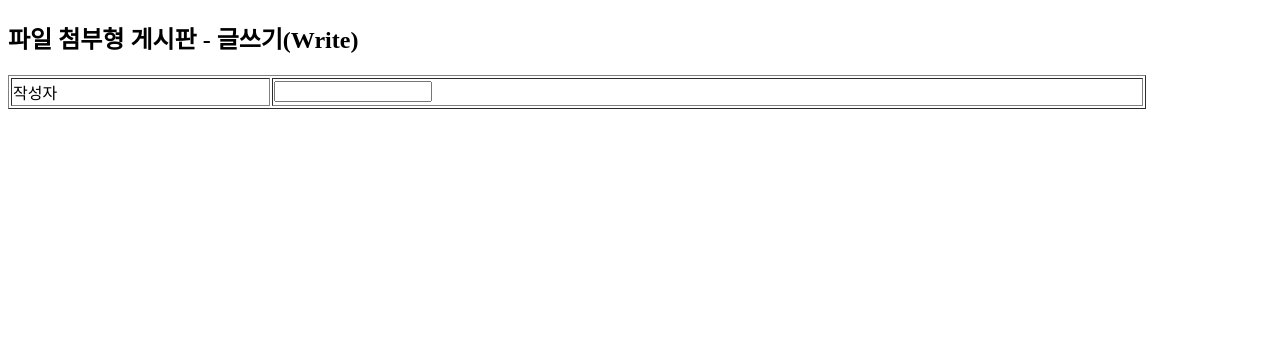
Repository: Suminmer/JSP-practice
Page: http://localhost/MustHaveJSP/mvcboard/write.do
These files come from the project's save history. The page is drawn as it stood at one moment and after the next save; the edit follows.
The browser window is 1280 px wide. The pictures show the whole page.
The page is served by Tomcat 9. Other server files are loaded and not shown.

Above is the page before, as saved 2022-04-29 06:14:10.

### MustHaveJSP/src/main/webapp/14MVCBoard/Write.jsp
<%@ page language="java" contentType="text/html; charset=UTF-8"
    pageEncoding="UTF-8"%>
<%@ taglib prefix="c" uri="http://java.sun.com/jsp/jstl/core"%>
<!DOCTYPE html>
<html>
<head>
<meta charset="UTF-8">
<title>파일 첨부형 게시판</title>
<script type="text/javascript">
	function validateForm(form) {
		if (form.name.value == "") {
			alert("작성자를 입력하세요!");
			form.name.focus();
			return false;
		}
		if (form.title.value == "") {
			alert("제목을 입력하세요!");
			form.title.focus();
			return false;
		}
		if (form.content.value == "") {
			alert("내용을 입력하세요!");
			form.content.focus();
			return false;
		}
		if (form.pass.value == "") {
			alert("비밀번호를 입력하세요!");
			form.pass.focus();
			return false;
		}
	}
</script>
</head>
<body>
	<h2>파일 첨부형 게시판 - 글쓰기(Write)</h2>
	<form name="writeFrm" method="post" enctype="multipart/form-data" action="../mvcboard/write.do"
			onsubmit="return validateForm(this);">
	<table border="1" width="90%">
		<tr>
			<td>작성자</td>
			<td><input type="text" name="name" style="width: 150px;"/></td>
		</tr>

	</table>

	</form>
</body>
</html>

### MustHaveJSP/src/main/java/model2/mvcboard/WriteController.java
package model2.mvcboard;

import java.io.IOException;

import javax.servlet.ServletException;
import javax.servlet.http.HttpServlet;
import javax.servlet.http.HttpServletRequest;
import javax.servlet.http.HttpServletResponse;

public class WriteController extends HttpServlet {
	@Override
	protected void doGet(HttpServletRequest req, HttpServletResponse resp)
			throws ServletException, IOException {
		req.getRequestDispatcher("/14MVCBoard/Write.jsp").forward(req, resp);
	}

}

After the next save:
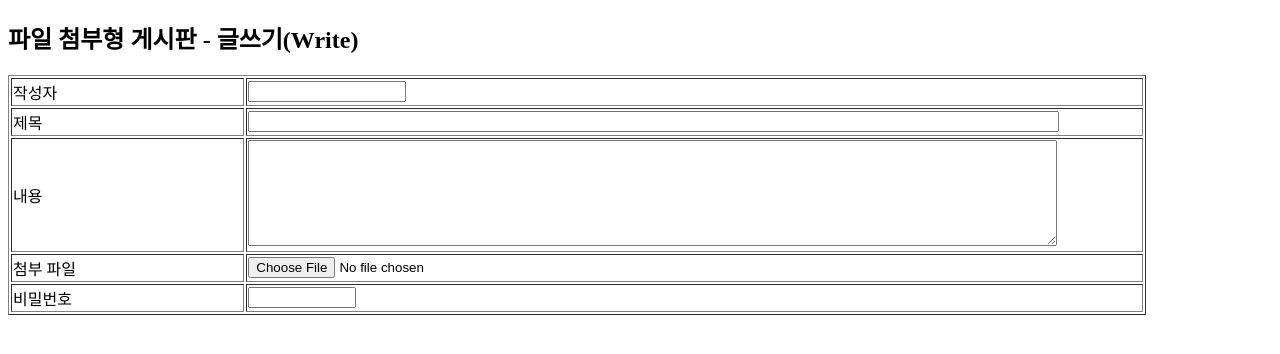
Saved 3 min 50 s later.
--- a/MustHaveJSP/src/main/webapp/14MVCBoard/Write.jsp
+++ b/MustHaveJSP/src/main/webapp/14MVCBoard/Write.jsp
@@ -40,7 +40,22 @@
 			<td>작성자</td>
 			<td><input type="text" name="name" style="width: 150px;"/></td>
 		</tr>
-
+		<tr>
+			<td>제목</td>
+			<td><input type="text" name="title" style="width: 90%;"/></td>
+		</tr>
+		<tr>
+			<td>내용</td>
+			<td><textarea name="content" style="width: 90%; height: 100px;"></textarea></td>
+		</tr>
+		<tr>
+			<td>첨부 파일</td>
+			<td><input type="file" name="ofile"/>
+		</tr>
+		<tr>
+			<td>비밀번호</td>
+			<td><input type="password" name="pass" style="width: 100px;"/></td>
+		</tr>
 	</table>
 
 	</form>
